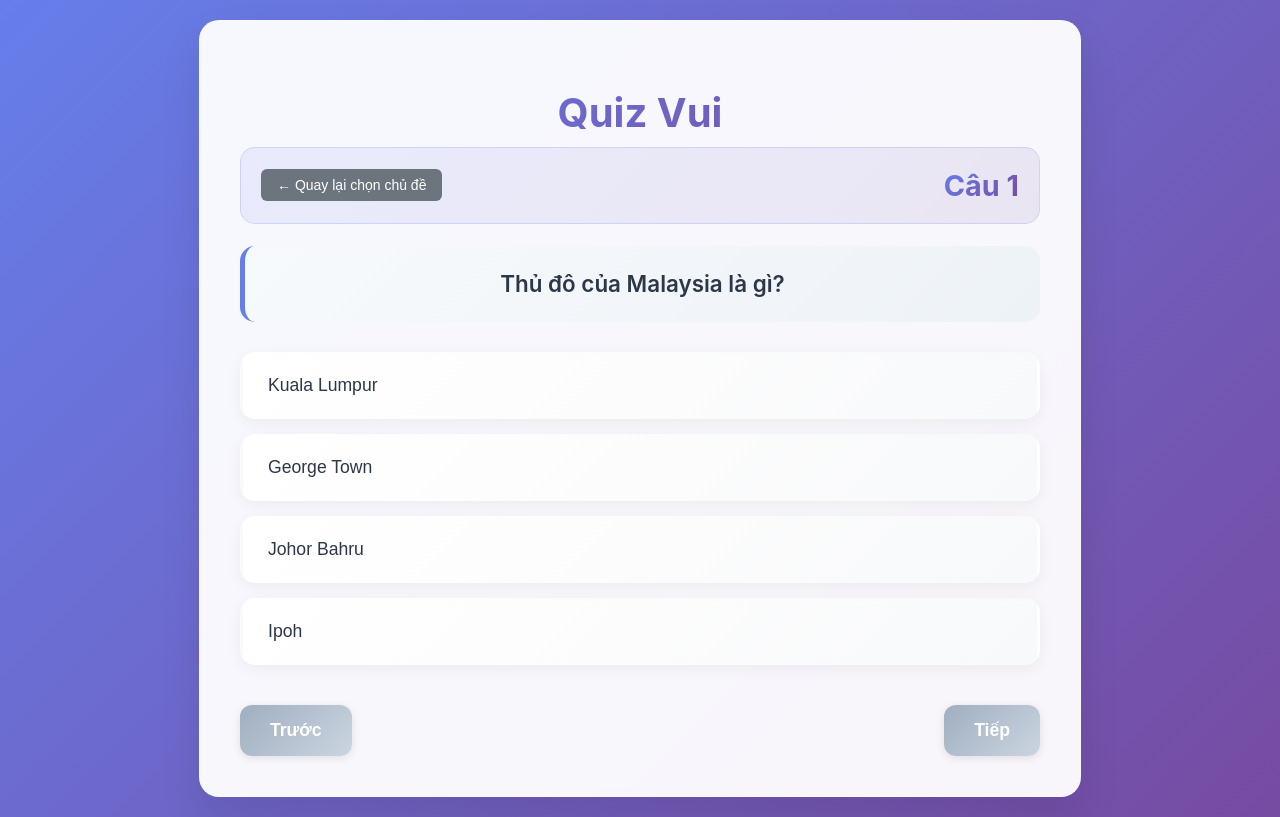
Repository: HuynhPPP/Quiz_App
Page: /, after clicking the first element matching `button.category-button`
These files come from the project's save history. The page is drawn as it stood at one moment and after the next save; the edit follows.
The browser window is 1280 px wide. The pictures show the whole page.
The project was rebuilt for these pictures with package versions that can differ from the ones it lists, and the page was loaded fresh each time. Also part of the build but not shown: vite.config.js, src/components/Resutl.jsx, src/components/Review.jsx.

Above is the page before, as saved 2025-09-27 14:52:01.

### index.html
<!doctype html>
<html lang="en">
  <head>
    <meta charset="UTF-8" />
    <link rel="icon" type="image/svg+xml" href="/vite.svg" />
    <meta name="viewport" content="width=device-width, initial-scale=1.0" />
    <title>Quiz Vui</title>
  </head>
  <body>
    <div id="root"></div>
    <script type="module" src="/src/main.jsx"></script>
  </body>
</html>

### src/index.css
/* Global reset and styling */
body {
  margin: 0;
  padding: 0;
  font-family: "Inter", "Segoe UI", Tahoma, Geneva, Verdana, sans-serif;
  background: linear-gradient(135deg, #667eea 0%, #764ba2 100%);
  color: #333;
  min-height: 100vh;
}

/* Container styling for the app */
.container {
  max-width: 800px;
  margin: 20px auto;
  background: rgba(255, 255, 255, 0.95);
  padding: 40px;
  border-radius: 20px;
  box-shadow: 0 20px 40px rgba(0, 0, 0, 0.1);
  backdrop-filter: blur(10px);
  border: 1px solid rgba(255, 255, 255, 0.2);
}

/* Header styling */
h1,
h2 {
  text-align: center;
  margin-bottom: 30px;
  background: linear-gradient(135deg, #667eea, #764ba2);
  -webkit-background-clip: text;
  -webkit-text-fill-color: transparent;
  background-clip: text;
  font-weight: 700;
}

h1 {
  font-size: 2.5em;
  margin-bottom: 10px;
}

h2 {
  font-size: 2em;
}

/* Styling the question text */
.question {
  font-size: 1.4em;
  margin-bottom: 30px;
  font-weight: 600;
  color: #2d3748;
  line-height: 1.6;
  text-align: center;
  padding: 20px;
  background: linear-gradient(135deg, #f7fafc, #edf2f7);
  border-radius: 15px;
  border-left: 5px solid #667eea;
}

/* Option button styling */
.option {
  display: block;
  width: 100%;
  padding: 20px 25px;
  margin: 15px 0;
  border: 3px solid transparent;
  border-radius: 15px;
  background: linear-gradient(135deg, #ffffff, #f8f9fa);
  cursor: pointer;
  text-align: left;
  transition: all 0.3s cubic-bezier(0.4, 0, 0.2, 1);
  font-size: 1.1em;
  font-weight: 500;
  color: #2d3748;
  box-shadow: 0 4px 15px rgba(0, 0, 0, 0.05);
  position: relative;
  overflow: hidden;
}

.option::before {
  content: '';
  position: absolute;
  top: 0;
  left: -100%;
  width: 100%;
  height: 100%;
  background: linear-gradient(90deg, transparent, rgba(255, 255, 255, 0.4), transparent);
  transition: left 0.5s;
}

.option:hover::before {
  left: 100%;
}

.option:hover {
  transform: translateY(-3px);
  box-shadow: 0 8px 25px rgba(102, 126, 234, 0.15);
  border-color: #667eea;
  background: linear-gradient(135deg, #f8f9ff, #ffffff);
}

.option.selected {
  background: linear-gradient(135deg, #667eea, #764ba2);
  border-color: #667eea;
  color: white;
  transform: translateY(-2px);
  box-shadow: 0 8px 25px rgba(102, 126, 234, 0.3);
}

.option.selected::before {
  background: linear-gradient(90deg, transparent, rgba(255, 255, 255, 0.2), transparent);
}

/* Navigation button styles */
.nav-buttons {
  display: flex;
  justify-content: space-between;
  margin-top: 40px;
  gap: 20px;
}

.nav-buttons button {
  padding: 15px 30px;
  border: none;
  background: linear-gradient(135deg, #667eea, #764ba2);
  color: white;
  border-radius: 12px;
  cursor: pointer;
  font-size: 1.1em;
  font-weight: 600;
  transition: all 0.3s cubic-bezier(0.4, 0, 0.2, 1);
  box-shadow: 0 4px 15px rgba(102, 126, 234, 0.3);
  position: relative;
  overflow: hidden;
}

.nav-buttons button::before {
  content: '';
  position: absolute;
  top: 0;
  left: -100%;
  width: 100%;
  height: 100%;
  background: linear-gradient(90deg, transparent, rgba(255, 255, 255, 0.2), transparent);
  transition: left 0.5s;
}

.nav-buttons button:hover::before {
  left: 100%;
}

.nav-buttons button:hover {
  transform: translateY(-2px);
  box-shadow: 0 8px 25px rgba(102, 126, 234, 0.4);
}

.nav-buttons button:disabled {
  background: linear-gradient(135deg, #a0aec0, #cbd5e0);
  cursor: not-allowed;
  transform: none;
  box-shadow: 0 2px 8px rgba(0, 0, 0, 0.1);
}

.nav-buttons button:disabled::before {
  display: none;
}

.result-button {
  display: block;
  padding: 10px 20px;
  border: none;
  background: oklch(55.4% 0.046 257.417);
  color: white;
  border-radius: 6px;
  cursor: pointer;
  font-size: 1em;
  transition: background 0.3s;
}

.result-button:hover {
  background: #1e88e5;
}

/* Score display styling */
.score {
  font-size: 1.4em;
  text-align: center;
  margin: 20px 0;
}

.correct-answer {
  color: oklch(70.4% 0.14 182.503);
}

.incorrect-answer {
  color: oklch(64.5% 0.246 16.439);
}

p.result {
  text-align: center;
  margin: 40px;
}

.resultButtonsContainer {
  display: flex;
  justify-content: center;
  gap: 20px;
}

/* Review component styles */
.review-question {
  margin-bottom: 30px;
}

.review-options {
  margin: 20px 0;
}

.review-options .option {
  position: relative;
  cursor: default;
}

.review-options .option:hover {
  background: #e7ecf0;
}

.review-options .correct-user-answer {
  background: #d4edda;
  border: 2px solid #28a745;
  color: #155724;
}

.review-options .incorrect-user-answer {
  background: #f8d7da;
  border: 2px solid #dc3545;
  color: #721c24;
}

.review-options .correct-answer {
  background: #d1ecf1;
  border: 2px solid #17a2b8;
  color: #0c5460;
}

.answer-label {
  font-weight: bold;
  font-size: 0.9em;
}

.answer-status {
  margin: 20px 0;
  padding: 15px;
  border-radius: 6px;
  background: #f8f9fa;
}

.answer-status .correct-answer {
  color: #28a745;
  font-weight: bold;
}

.answer-status .incorrect-answer {
  color: #dc3545;
  font-weight: bold;
}

.answer-status .no-answer {
  color: #ffc107;
  font-weight: bold;
}

.review-buttons {
  display: flex;
  justify-content: center;
  gap: 20px;
  margin-top: 30px;
}

/* Quiz Selector styles */
.quiz-description {
  text-align: center;
  margin-bottom: 30px;
  color: #666;
  font-size: 1.1em;
}

.quiz-categories {
  display: grid;
  grid-template-columns: repeat(auto-fit, minmax(250px, 1fr));
  gap: 15px;
  margin-top: 20px;
}

.category-button {
  padding: 15px 20px;
  border: 2px solid #e7ecf0;
  border-radius: 8px;
  background: #fff;
  cursor: pointer;
  font-size: 1em;
  transition: all 0.3s;
  text-align: left;
}

.category-button:hover {
  border-color: #42a5f5;
  background: #f8f9fa;
  transform: translateY(-2px);
  box-shadow: 0 4px 12px rgba(66, 165, 245, 0.15);
}

.category-button.all-questions {
  background: linear-gradient(135deg, #667eea 0%, #764ba2 100%);
  color: white;
  border-color: #667eea;
  font-weight: bold;
}

.category-button.all-questions:hover {
  background: linear-gradient(135deg, #5a6fd8 0%, #6a4190 100%);
  transform: translateY(-2px);
}

.category-button.random {
  background: linear-gradient(135deg, #f093fb 0%, #f5576c 100%);
  color: white;
  border-color: #f093fb;
  font-weight: bold;
}

.category-button.random:hover {
  background: linear-gradient(135deg, #ee82f0 0%, #f3455a 100%);
  transform: translateY(-2px);
}

/* Dark Theme Styles */
.dark-theme {
  background: #1a1a1a;
  color: #e0e0e0;
}

.dark-theme .container {
  background: #2d2d2d;
  color: #e0e0e0;
  box-shadow: 0 4px 12px rgba(0, 0, 0, 0.3);
}

.dark-theme .option {
  background: #3d3d3d;
  color: #e0e0e0;
  border-color: #555;
}

.dark-theme .option:hover {
  background: #4d4d4d;
}

.dark-theme .option.selected {
  background: #1e3a8a;
  border-color: #3b82f6;
  color: #e0e0e0;
}

.dark-theme .nav-buttons button {
  background: #3b82f6;
}

.dark-theme .nav-buttons button:hover {
  background: #2563eb;
}

.dark-theme .result-button {
  background: #3b82f6;
}

.dark-theme .result-button:hover {
  background: #2563eb;
}

/* Theme Toggle */
.theme-toggle {
  position: fixed;
  top: 20px;
  right: 20px;
  z-index: 1000;
}

.theme-toggle-btn {
  width: 50px;
  height: 50px;
  border-radius: 50%;
  border: 2px solid #e0e0e0;
  background: #fff;
  cursor: pointer;
  font-size: 20px;
  display: flex;
  align-items: center;
  justify-content: center;
  transition: all 0.3s;
  box-shadow: 0 2px 8px rgba(0, 0, 0, 0.1);
}

.theme-toggle-btn:hover {
  transform: scale(1.1);
  box-shadow: 0 4px 12px rgba(0, 0, 0, 0.2);
}

.dark-theme .theme-toggle-btn {
  background: #2d2d2d;
  border-color: #555;
  color: #e0e0e0;
}

/* Timer Styles */
.timer-container {
  display: flex;
  flex-direction: column;
  align-items: center;
  margin-bottom: 20px;
}

.timer-header {
  display: flex;
  align-items: center;
  gap: 10px;
  margin-bottom: 15px;
}

.game-mode-icon {
  font-size: 24px;
}

.game-mode-name {
  font-size: 18px;
  font-weight: bold;
}

.timer-display {
  position: relative;
}

.timer-circle {
  position: relative;
  width: 120px;
  height: 120px;
}

.timer-svg {
  width: 100%;
  height: 100%;
  transform: rotate(-90deg);
}

.timer-progress {
  transition: stroke-dashoffset 0.3s ease;
}

.timer-progress.active {
  animation: pulse 1s infinite;
}

@keyframes pulse {
  0%, 100% { opacity: 1; }
  50% { opacity: 0.7; }
}

.timer-text {
  position: absolute;
  top: 50%;
  left: 50%;
  transform: translate(-50%, -50%);
  text-align: center;
}

.time-number {
  display: block;
  font-size: 24px;
  font-weight: bold;
  color: #333;
}

.time-label {
  display: block;
  font-size: 12px;
  color: #666;
}

.dark-theme .time-number {
  color: #e0e0e0;
}

.dark-theme .time-label {
  color: #999;
}

/* Streak Display */
.streak-container {
  display: flex;
  flex-direction: column;
  align-items: center;
  padding: 15px;
  background: linear-gradient(135deg, #ff6b6b, #ffa500);
  border-radius: 15px;
  color: white;
  min-width: 200px;
}

.streak-main {
  display: flex;
  align-items: center;
  gap: 15px;
  margin-bottom: 10px;
}

.streak-fire {
  font-size: 32px;
  animation: flame 1s infinite alternate;
}

@keyframes flame {
  0% { transform: scale(1); }
  100% { transform: scale(1.1); }
}

.streak-info {
  text-align: center;
}

.streak-number {
  font-size: 28px;
  font-weight: bold;
  display: block;
}

.streak-message {
  font-size: 14px;
  opacity: 0.9;
}

.streak-stats {
  display: flex;
  gap: 20px;
  font-size: 12px;
}

.stat-item {
  display: flex;
  flex-direction: column;
  align-items: center;
}

.stat-label {
  opacity: 0.8;
}

.stat-value {
  font-weight: bold;
  font-size: 16px;
}

/* Quiz Header Layout */
.quiz-header {
  display: flex;
  justify-content: space-between;
  align-items: center;
  margin-bottom: 40px;
  gap: 20px;
  padding: 20px;
  background: linear-gradient(135deg, rgba(102, 126, 234, 0.1), rgba(118, 75, 162, 0.1));
  border-radius: 15px;
  border: 1px solid rgba(102, 126, 234, 0.2);
}

.quiz-content {
  flex: 1;
}

.quiz-header h2 {
  margin: 0;
  font-size: 1.8em;
  background: linear-gradient(135deg, #667eea, #764ba2);
  -webkit-background-clip: text;
  -webkit-text-fill-color: transparent;
  background-clip: text;
}

/* Game Modes Section */
.game-modes-section {
  margin-bottom: 30px;
}

.game-modes-section h3 {
  text-align: center;
  margin-bottom: 20px;
  color: #333;
}

.game-modes {
  display: grid;
  grid-template-columns: repeat(auto-fit, minmax(200px, 1fr));
  gap: 15px;
  margin-bottom: 20px;
}

.game-mode-card {
  display: flex;
  align-items: center;
  gap: 15px;
  padding: 15px;
  background: #f8f9fa;
  border-radius: 10px;
  border: 2px solid #e9ecef;
}

.mode-icon {
  font-size: 24px;
}

.mode-info h4 {
  margin: 0 0 5px 0;
  color: #333;
}

.mode-info p {
  margin: 0;
  font-size: 12px;
  color: #666;
}

.dark-theme .game-mode-card {
  background: #3d3d3d;
  border-color: #555;
}

.dark-theme .mode-info h4 {
  color: #e0e0e0;
}

.dark-theme .mode-info p {
  color: #999;
}

/* Quiz Categories Section */
.quiz-categories-section {
  margin-bottom: 30px;
}

.quiz-categories-section h3 {
  text-align: center;
  margin-bottom: 20px;
  color: #333;
}

.dark-theme .quiz-categories-section h3 {
  color: #e0e0e0;
}

/* Quick Start Section */
.quick-start-section {
  margin-bottom: 30px;
}

.quick-start-section h3 {
  text-align: center;
  margin-bottom: 20px;
  color: #333;
}

.quick-start-buttons {
  display: flex;
  justify-content: center;
  gap: 15px;
  flex-wrap: wrap;
}

.quick-start-btn {
  padding: 12px 20px;
  border: none;
  border-radius: 8px;
  cursor: pointer;
  font-size: 14px;
  font-weight: bold;
  transition: all 0.3s;
  color: white;
}

.quick-start-btn.time-attack {
  background: linear-gradient(135deg, #ff6b6b, #ee5a24);
}

.quick-start-btn.blitz {
  background: linear-gradient(135deg, #feca57, #ff9ff3);
}

.quick-start-btn.survival {
  background: linear-gradient(135deg, #2c2c54, #40407a);
}

.quick-start-btn:hover {
  transform: translateY(-2px);
  box-shadow: 0 4px 12px rgba(0, 0, 0, 0.2);
}

.dark-theme .quick-start-section h3 {
  color: #e0e0e0;
}

/* Back to Selector Button */
.quiz-header {
  display: flex;
  justify-content: space-between;
  align-items: center;
  margin-bottom: 20px;
}

.back-to-selector-btn {
  padding: 8px 16px;
  background: #6c757d;
  color: white;
  border: none;
  border-radius: 6px;
  cursor: pointer;
  font-size: 14px;
  transition: all 0.3s;
  display: flex;
  align-items: center;
  gap: 5px;
}

.back-to-selector-btn:hover {
  background: #5a6268;
  transform: translateY(-1px);
}

.dark-theme .back-to-selector-btn {
  background: #495057;
}

.dark-theme .back-to-selector-btn:hover {
  background: #343a40;
}

### src/App.jsx
import Quiz from "./components/Quiz"

function App() {
  return (
    <div className="container">
      <h1>Quiz Vui</h1>
      <Quiz />

    </div>
  )
}

export default App

### src/components/Quiz.jsx
import React, { useState, useEffect } from 'react'
import Resutl from './Resutl'
import Review from './Review'
import QuizSelector from './QuizSelector'

const Quiz = () => {
    const [currentQuestions, setCurrentQuestions] = useState([]);
    const [optionSelected, setOptionSelected] = useState("");
    const [userAnswer, setUserAnswer] = useState([]);
    const [currentQuestion, setCurrentQuestion] = useState(0);
    const [isQuizCompleted, setIsQuizCompleted] = useState(false);
    const [isReviewMode, setIsReviewMode] = useState(false);
    const [score, setScore] = useState(0);
    const [showSelector, setShowSelector] = useState(true);

    const handleStartQuiz = (questions) => {
        setCurrentQuestions(questions);
        setUserAnswer(Array.from({ length: questions.length }));
        setShowSelector(false);
        setCurrentQuestion(0);
        setOptionSelected("");
        setIsQuizCompleted(false);
        setIsReviewMode(false);
        setScore(0);
    };

    const handleSelectOption = (option, index) => {
        setOptionSelected(option);
        const newUserAnswer = [...userAnswer];
        newUserAnswer[currentQuestion] = index;
        setUserAnswer(newUserAnswer);
    }

    const handleNextQuestion = () => {
        if (currentQuestion === currentQuestions.length - 1) {
            setIsQuizCompleted(true);
        } else {
            setCurrentQuestion((prev) => prev + 1);
        }

    }

    const handlePreviousQuestion = () => {
        if (currentQuestion > 0) {
            setCurrentQuestion((prev) => prev - 1);
        }
    }

    const handleResetQuiz = () => {
        setShowSelector(true);
        setIsQuizCompleted(false);
        setIsReviewMode(false);
        setCurrentQuestion(0);
        setScore(0);
        setUserAnswer([]);
        setOptionSelected("");
        setCurrentQuestions([]);
    }

    const handleReviewQuiz = () => {
        setIsReviewMode(true);
        setIsQuizCompleted(false);
        setCurrentQuestion(0);
    }

    const handleBackToSelector = () => {
        setShowSelector(true);
        setIsQuizCompleted(false);
        setIsReviewMode(false);
        setCurrentQuestion(0);
        setScore(0);
        setUserAnswer([]);
        setOptionSelected("");
        setCurrentQuestions([]);
    }

    useEffect(() => {
        if (currentQuestions.length > 0) {
            const answer = Number(userAnswer[currentQuestion]);
            const pastOptionSelected = currentQuestions[currentQuestion].options[answer];
            if (answer !== undefined) {
                setOptionSelected(pastOptionSelected);
            } else {
                setOptionSelected("");
            }
        }
    }, [currentQuestion, userAnswer, currentQuestions]);

    useEffect(() => {
        if (currentQuestions.length > 0 && optionSelected === currentQuestions[currentQuestion].answer) {
            setScore((prev) => prev + 1);
        }
    }, [optionSelected, currentQuestion, currentQuestions]);

    if (isReviewMode) {
        return <Review
            quizData={currentQuestions}
            userAnswers={userAnswer}
            handleBackToResult={handleBackToSelector}
            handleRestartQuiz={handleResetQuiz}
        />
    }

    if (isQuizCompleted) {
        return <Resutl
            score={score}
            totalQuestions={currentQuestions.length}
            handleReviewQuiz={handleReviewQuiz}
            handleResetQuiz={handleResetQuiz}
        />
    }

    if (showSelector) {
        return <QuizSelector onStartQuiz={handleStartQuiz} />
    }

    if (currentQuestions.length === 0) {
        return <div>Loading...</div>
    }

    return (
        <div>
            <div className="quiz-header">
                <button
                    className="back-to-selector-btn"
                    onClick={handleBackToSelector}
                    title="Quay lại chọn chủ đề"
                >
                    ← Quay lại chọn chủ đề
                </button>
                <h2>Câu {currentQuestion + 1}</h2>
            </div>
            <p className='question'>{currentQuestions[currentQuestion].question}</p>

            {currentQuestions[currentQuestion].options.map((option, index) => (
                <button
                    key={index}
                    className={`option ${optionSelected === option ? 'selected' : ''}`}
                    disabled={!!optionSelected && optionSelected !== option}
                    onClick={() => handleSelectOption(option, index)}
                >
                    {option}
                </button>
            ))}

            {
                optionSelected ? (
                    optionSelected === currentQuestions[currentQuestion].answer ? (
                        <p className='correct-answer'>Câu trả lời của bạn là chính xác</p>
                    ) : (
                        <p className='incorrect-answer'>Câu trả lời của bạn chưa chính xác</p>
                    )
                ) : ""
            }


            <div className='nav-buttons'>
                <button
                    onClick={handlePreviousQuestion}
                    disabled={currentQuestion === 0}
                >
                    Trước
                </button>
                <button
                    onClick={handleNextQuestion}
                    disabled={!optionSelected}
                >
                    {currentQuestion === currentQuestions.length - 1 ? "Hoàn thành Quiz" : "Tiếp"}
                </button>
            </div>
        </div>
    );
};

export default Quiz

### src/components/QuizSelector.jsx
import React from 'react'
import { getAllCategories, getQuestionsByCategory, getRandomQuestions } from '../data/index'

const QuizSelector = ({ onStartQuiz }) => {
    const categories = getAllCategories();

    const handleCategorySelect = (category) => {
        const questions = getQuestionsByCategory(category);
        onStartQuiz(questions);
    };

    const handleRandomQuiz = () => {
        const questions = getRandomQuestions(15);
        onStartQuiz(questions);
    };

    const handleAllQuestions = () => {
        const questions = getRandomQuestions(20);
        onStartQuiz(questions);
    };

    return (
        <div>
            <h2>Chọn chủ đề Quiz</h2>
            <p className="quiz-description">
                Chọn một chủ đề để bắt đầu quiz về thủ đô các quốc gia hoặc học tiếng Anh chuyên ngành
            </p>

            <div className="quiz-categories">
                <button
                    className="category-button all-questions"
                    onClick={handleAllQuestions}
                >
                    🌍 Tất cả các quốc gia (20 câu)
                </button>

                <button
                    className="category-button random"
                    onClick={handleRandomQuiz}
                >
                    🎲 Câu hỏi ngẫu nhiên (15 câu)
                </button>

                {categories.map((category, index) => {
                    const questionCount = getQuestionsByCategory(category).length;
                    const categoryEmojis = {
                        'Europe': '🇪🇺',
                        'East Asia': '🇯🇵',
                        'Southeast Asia': '🇹🇭',
                        'South Asia': '🇮🇳',
                        'Central Asia': '🇰🇿',
                        'Học tiếng Anh chuyên ngành': '📚'
                    };

                    return (
                        <button
                            key={index}
                            className="category-button"
                            onClick={() => handleCategorySelect(category)}
                        >
                            {categoryEmojis[category] || '🌏'} {category} ({questionCount} câu)
                        </button>
                    );
                })}
            </div>
        </div>
    );
};

export default QuizSelector;

### src/data/index.js
// Combined quiz data from all sources
import { capitalsData } from './capitalsData.js';
import { itVocabularyData } from './itVocabularyData.js';

// Combine all quiz data
export const quizData = [
    ...capitalsData,
    ...itVocabularyData
];

// Function to get questions by category
export const getQuestionsByCategory = (category) => {
    return quizData.filter(question => question.category === category);
};

// Function to get all categories
export const getAllCategories = () => {
    const categories = [...new Set(quizData.map(question => question.category))];
    return categories;
};

// Function to get random questions
export const getRandomQuestions = (count = 10) => {
    const shuffled = [...quizData].sort(() => 0.5 - Math.random());
    return shuffled.slice(0, count);
};

// Export individual data sources for specific use cases
export { capitalsData, itVocabularyData };

Loaded but not shown: src/main.jsx (common file); src/data/itVocabularyData.js (417 lines, source omitted); src/data/capitalsData.js (204 lines, source omitted)

After the next save:
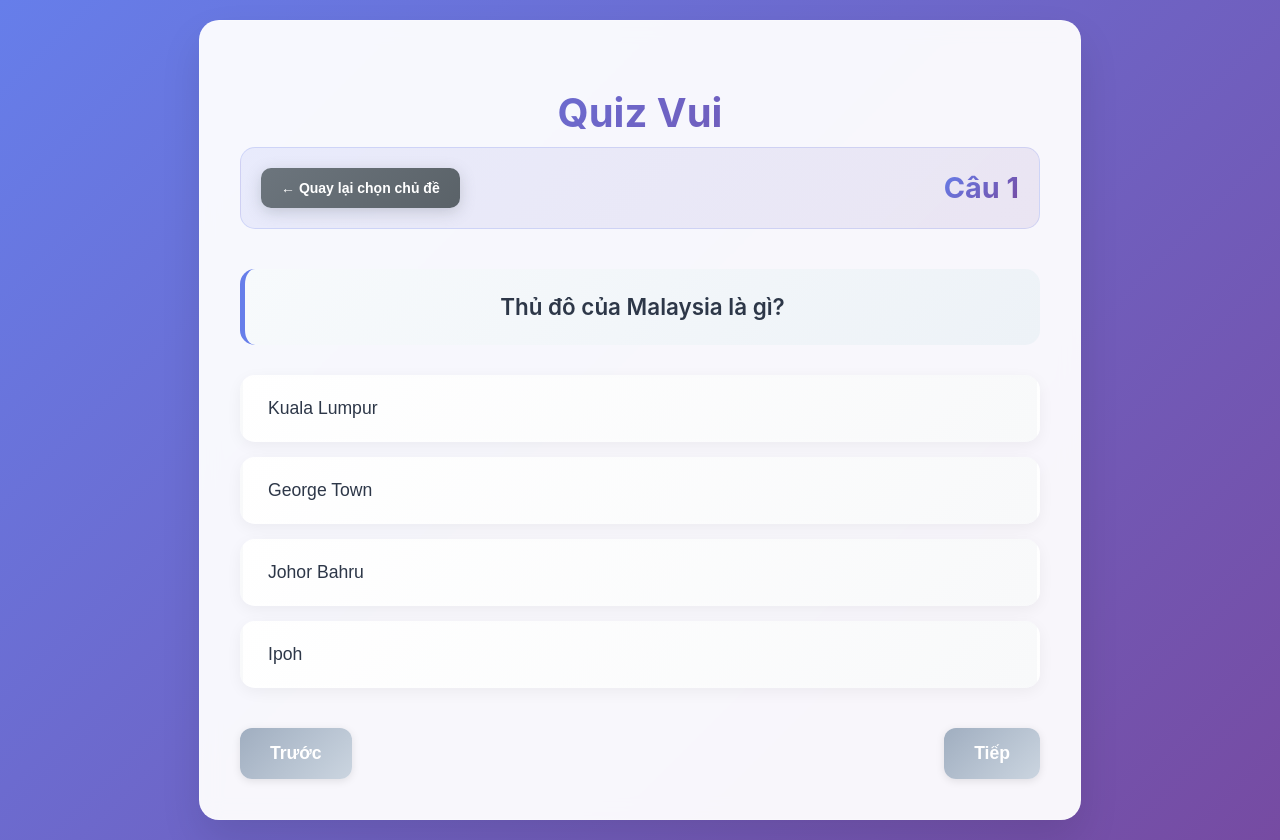
Saved 4 s later.
--- a/src/index.css
+++ b/src/index.css
@@ -705,36 +705,49 @@ p.result {
 }
 
 /* Back to Selector Button */
-.quiz-header {
-  display: flex;
-  justify-content: space-between;
-  align-items: center;
-  margin-bottom: 20px;
-}
-
 .back-to-selector-btn {
-  padding: 8px 16px;
-  background: #6c757d;
+  padding: 12px 20px;
+  background: linear-gradient(135deg, #6c757d, #5a6268);
   color: white;
   border: none;
-  border-radius: 6px;
+  border-radius: 10px;
   cursor: pointer;
   font-size: 14px;
-  transition: all 0.3s;
-  display: flex;
-  align-items: center;
-  gap: 5px;
+  font-weight: 600;
+  transition: all 0.3s cubic-bezier(0.4, 0, 0.2, 1);
+  display: flex;
+  align-items: center;
+  gap: 8px;
+  box-shadow: 0 4px 15px rgba(108, 117, 125, 0.3);
+  position: relative;
+  overflow: hidden;
+}
+
+.back-to-selector-btn::before {
+  content: '';
+  position: absolute;
+  top: 0;
+  left: -100%;
+  width: 100%;
+  height: 100%;
+  background: linear-gradient(90deg, transparent, rgba(255, 255, 255, 0.2), transparent);
+  transition: left 0.5s;
+}
+
+.back-to-selector-btn:hover::before {
+  left: 100%;
 }
 
 .back-to-selector-btn:hover {
-  background: #5a6268;
-  transform: translateY(-1px);
+  background: linear-gradient(135deg, #5a6268, #495057);
+  transform: translateY(-2px);
+  box-shadow: 0 8px 25px rgba(108, 117, 125, 0.4);
 }
 
 .dark-theme .back-to-selector-btn {
-  background: #495057;
+  background: linear-gradient(135deg, #495057, #343a40);
 }
 
 .dark-theme .back-to-selector-btn:hover {
-  background: #343a40;
-}
+  background: linear-gradient(135deg, #343a40, #212529);
+}
